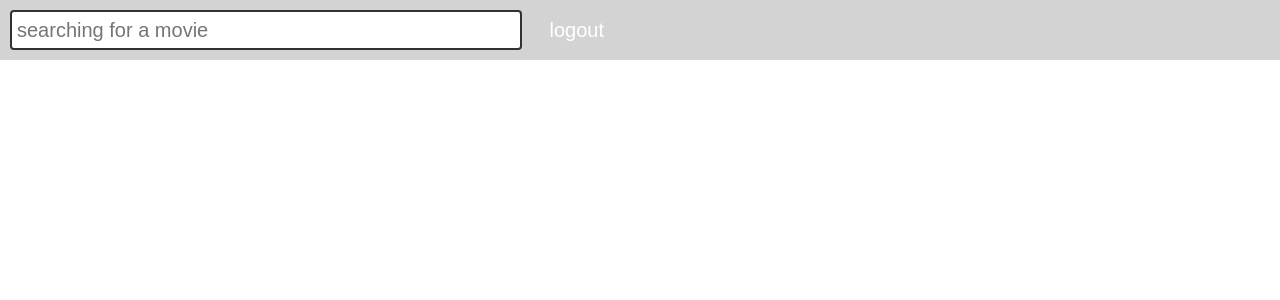
Repository: rutsguifd/uni
Page: /films (app in filmhub-react/)
The author's editor kept a copy of each file at every save. The page is drawn from the files as they stood at one save, then again after the next save.
The browser window is 1280 px wide. The pictures show the whole page.
The page's requests for data from a server got no answer. The project was rebuilt for these pictures with package versions that can differ from the ones it lists, and the page was loaded fresh each time. No one was signed in, and anything a server would have sent is missing. Also part of the build but not shown: filmhub-react/src/components/Chat.jsx, filmhub-react/src/store/actions/movieActions.js, filmhub-react/src/styles/FilmPage.scss, filmhub-react/src/pages/FilmPage.jsx, filmhub-react/src/styles/FilmItem.scss, filmhub-react/src/components/FilmItem.jsx, filmhub-react/src/styles/FilmList.scss, filmhub-react/src/store/actions/actions.js and 4 more.

Above is the page before, as saved 2022-05-10 03:06:04.

After the next save:
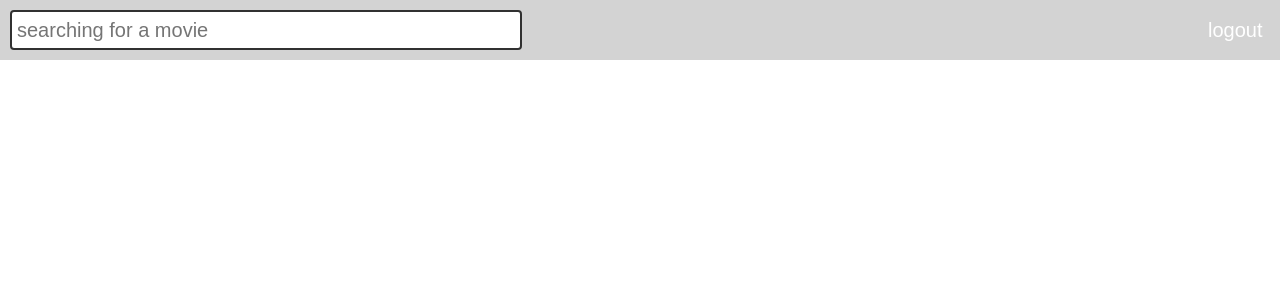
Saved 12 s later.
--- a/filmhub-react/src/components/Header.jsx
+++ b/filmhub-react/src/components/Header.jsx
@@ -26,7 +26,7 @@ const Header = () => {
         />
       </form>
       {user ?
-        <MyButton style={{marginRight: 'auto'}}>logout</MyButton>
+        <MyButton style={{marginLeft: 'auto'}}>logout</MyButton>
         :
         <button>login</button>
       }
